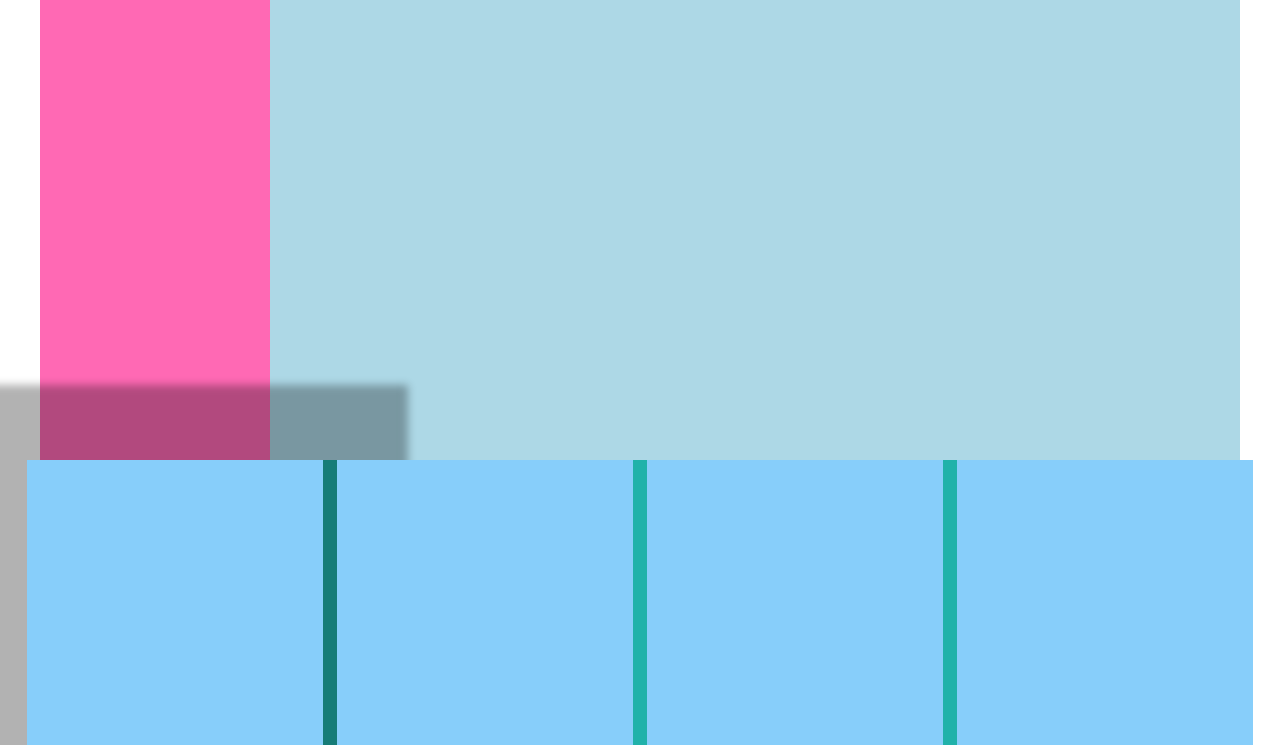
Repository: TheBestBadGuy0228/code
Page: float案例.html
The author's editor kept a copy of each file at every save. The page is drawn from the files as they stood at one save, then again after the next save.
The browser window is 1280 px wide. The pictures show the whole page.
The pointer rests on the first visible `.boxFather1 li`.

Above is the page before, as saved 2021-12-09 09:34:17.

After the next save:
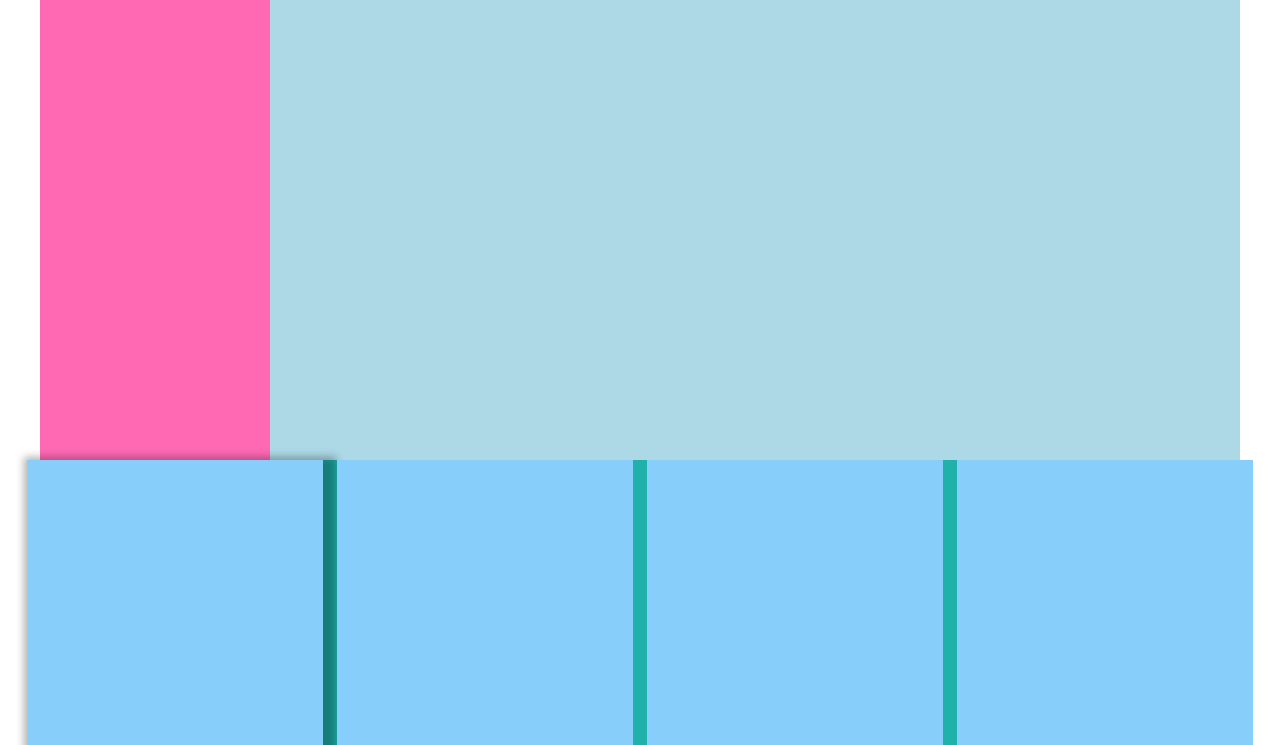
Saved 22 s later.
--- a/float案例.html
+++ b/float案例.html
@@ -63,7 +63,7 @@
         }
 
         .boxFather1 li:hover {
-            box-shadow: 5px 5px 8px 80px rgba(0, 0, 0, .3);
+            box-shadow: 5px 5px 8px 8px rgba(0, 0, 0, .3);
         }
     </style>
 </head>
